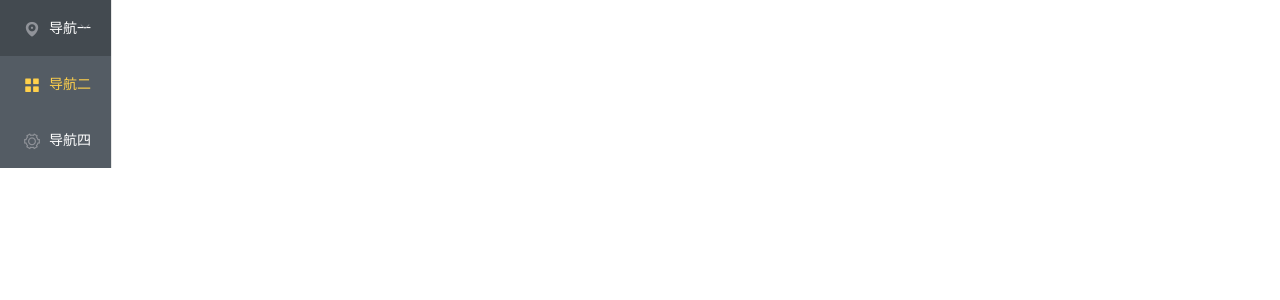
Repository: wujingwenwu/-vue-2.0
Page: /
An editor plug-in stored every save of this project. The page is shown before and after the next save, followed by the edit.
The browser window is 1280 px wide. The pictures show the whole page.
The project was rebuilt for these pictures with package versions that can differ from the ones it lists, and the page was loaded fresh each time. Also part of the build but not shown: src/views/Home.vue.

Above is the page before, as saved 2020-09-29 10:15:16.

### src/main.js
import Vue from "vue";
import App from "./App.vue";
import router from "./router";
import store from "./store";
import ElementUI from 'element-ui';
import 'element-ui/lib/theme-chalk/index.css';
Vue.config.productionTip = false;
Vue.use(ElementUI);
new Vue({
  router,
  store,
  render: h => h(App)
}).$mount("#app");

### src/App.vue
<template>
  <div id="app">

    <router-view />
  </div>
</template>

<style lang="scss">
@import "./style/demo";
*{
  margin: 0;
  padding: 0;
}
</style>

### src/router/index.js
import Vue from "vue";
import VueRouter from "vue-router";
import Home from "../views/Home.vue";
import Layout from "../views/layout/layout"
Vue.use(VueRouter);

const routes = [
  {
    path: "/home",
    name: "",
    component: Home
  },
  {
    path: "",
    component: Layout,
    children:[
      {
        path: "/home",
        name: "Home",
        component: Home
      },
    ]
  },
  {
    path: "/about",
    name: "About",
    component: () =>
      import("../views/About.vue")
  },
];

const router = new VueRouter({
  mode: "history",
  base: process.env.BASE_URL,
  routes
});

export default router;

### src/style/demo.scss
.d-f{
    display: flex;
    /* 弹性盒模型 */
}
.f-s-12{
    font-size: 12px;
    /* 字体大小为12px */
}
.f-s-14{
    font-size: 14px;
    /* 字体大小为14px */
}
.f-s-16{
    font-size: 16px;
    /* 字体大小为16px */
}
.f-w{
    font-weight: 700;
    /*字体 加粗 */
}
.f-c-ho{
    color: #f00;
    /* 红色 */
}
.f-c-hu{
    color: #ccc;
    /* 灰色 */
}
.f-c-b{
    color: #ffffff;
    /* 白色 */
}
.f-c-he{
    color: #000;
    /* 黑色 */
}
.t-a-l{
    text-align: left;
    /* 文本左对齐 */
}
.t-a-c{
    text-align: center;
    /* 文本居中 */
}
.t-a-r{
    text-align: right;
    /* 文本右对齐 */
}
.t-d-u{
    text-decoration: underline;
    /* 装饰在文本底部 */
}
.t-d-o{
    text-decoration: overline;
    /* 装饰在顶部 */
}
.t-d-l-t{
    text-decoration: line-through;
    /* 装饰在文本中间 */
}
.d-i{
    display: inline;
    /* 块级元素装换成行内元素 */
}
.d-i-b{
    display: inline-block;
    /* 块级元素装换成行内块元素 */
}
.d-b{
    display: block;
    /* 行内和行内块元素装换成块级元素 */
}
.d-n{
    display: none;
    /* 隐藏元素 */
}
.p-r{
    position: relative;
    /* 相对定位 */
}
.p-a{
    position: absolute;
    /* 绝对定位 */
}
.p-f{
    position: fixed;
    /* 固定定位 */
}
.b-r-50{
    border-radius: 50%;
    /* 圆角为50% */
}
.j-c-s-a{
    justify-content: space-around;
   /* 两边的子元素距离父元素的两边有间距，然后中间距离自动等分 */
}
.j-c-s-b{
    justify-content: space-between;
    /* 两边的子元素距离父元素没有间距，然后中间距离自动等分 */

}
.j-c-c{
    justify-content: center;
     /* 所有的子元素相当于父元素水平居中 */
}
.a-i-c{
    align-items: center;
    /* （竖轴排列方式）子元素相当于父元素垂直方向居中 */
}
.f-d-c{
    flex-direction: column;
    /* 弹性盒模型的竖项排列方式 */
}
*{
  margin: 0;
  padding: 0;
  /* 清除游览器的痕迹 */
}
.conter{
    display: flex;
    justify-content: center;
    /* 弹性盒模型，所有的文本在页面的中间 */
}
.warp{
   width: 1280px;
   /* 宽度为1280px，基本上不会超过1400px */
}
.o-h{
    overflow: hidden;
    /* 超出部分隐藏 */
}
.w-o-t{
    white-space: nowrap;
    overflow: hidden;
    text-overflow: ellipsis;
    /* 超出部分隐藏（只限字体） */
}
.d-n{
    display: none;
    /* 不占位置 */
}
.v-h{
    visibility: hidden;
    /* 占位置 */
}
.f-w-w{
    flex-wrap: wrap;
    /* 换行 */
}
.w-s-n{
    white-space: nowrap;
    /* 内容不换行 */
}
.m-t-20{
    margin-top: 20px;
    /* 向下20 */
}
.m-l-20{
    margin-left: 20px;

}
.m-t-10{
    margin-top: 10px;
}
.m-l-10{
    margin-left: 10px;
}
.b-c-hong{
    background-color: red;
}
.b-c-hei{
    background-color: black;
}
.b-c-bai{
    background-color: #ffffff;
}
.b-c-hui{
    background-color: #ccc;
}
.b-1-s-hong{
    border: 1px solid red;
}
.b-1-d-hong{
    border: 1px dashed red;
}
.b-1-s-bai{
    border: 1px solid #ffffff;
}
.b-1-d-bai{
    border: 1px dashed #ffffff;
}
.b-1-s-hei{
    border: 1px solid black;
}
.b-1-d-hei{
    border: 1px dashed black;
}
.b-1-s-hui{
    border: 1px solid #ccc;
}
.b-1-d-hui{
    border: 1px dashed #ccc;
}
.b-l-n{
    border-left: none;
    /* 左边框隐藏 */
}
.b-t-n{
    border-top: none;
}
.b-r-n{
    border-right: none;
}
.b-b-n{
    border-bottom: none;
}
.m-t-15{
    margin-top: 15px;
}
.m-t-30{
    margin-top: 30px;
}
.m-t-5{
    margin-top: 5px;
}
.b-none{
    border: none;
}
.f-s-18{
    font-size: 18px;
}
.m-l--10{
    margin-left: -10px;
}
.m-l-40{
    margin-left: 40px;
}
.o-n{
    outline: none;
    /* 隐藏边框 */
}

### src/views/layout/layout.vue
<template>
 <div>
  <div class="d-f">
      <el-menu
      default-active="2"
      class="el-menu-vertical-demo"
      @open="handleOpen"
      @close="handleClose"
      background-color="#545c64"
      text-color="#fff"
      active-text-color="#ffd04b">
      <el-submenu index="1">
        <template slot="title">
          <i class="el-icon-location"></i>
          <span>导航一</span>
        </template>
        <el-menu-item-group>
          <template slot="title">分组一</template>
          <el-menu-item index="1-1">选项1</el-menu-item>
          <el-menu-item index="1-2">选项2</el-menu-item>
        </el-menu-item-group>
        <el-menu-item-group title="分组2">
          <el-menu-item index="1-3">选项3</el-menu-item>
        </el-menu-item-group>
        <el-submenu index="1-4">
          <template slot="title">选项4</template>
          <el-menu-item index="1-4-1">选项1</el-menu-item>
        </el-submenu>
      </el-submenu>
      <el-menu-item index="2">
        <i class="el-icon-menu"></i>
        <span slot="title">导航二</span>
      </el-menu-item>
      <el-menu-item index="4">
        <i class="el-icon-setting"></i>
        <span slot="title">导航四</span>
      </el-menu-item>
    </el-menu>
    <router-view></router-view>
  </div>
 </div>
</template>

<script>
 export default {
   data () {
     return {
       arr:[
        {icon:"el-icon-s-home",name:"首页",path:'/'},
        {icon:"el-icon-lock",name:"首页",path:'/'},

       ]
     }
   },
   components: {

   },
   methods: {

   },
   mounted() {

   },
   watch: {

   },
   computed: {

   }
 }
</script>

<style scoped lang='scss'>

</style>

Loaded but not shown: public/index.html (common file); src/store/index.js (common file)

After the next save:
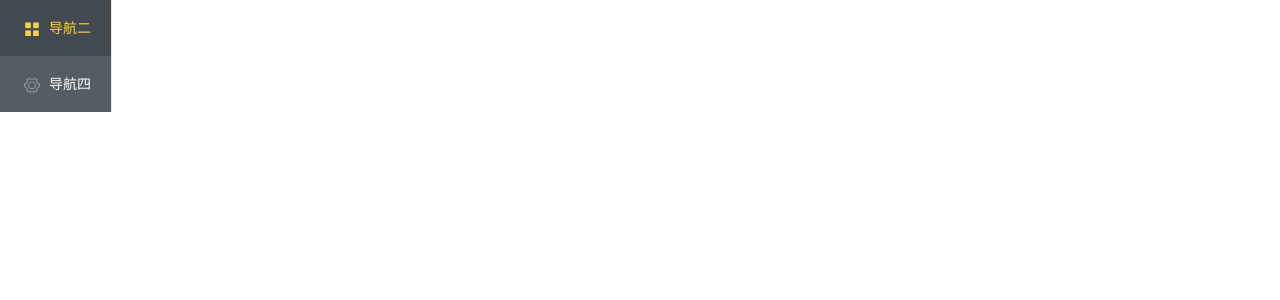
Saved 56 s later.
--- a/src/views/layout/layout.vue
+++ b/src/views/layout/layout.vue
@@ -9,24 +9,6 @@
       background-color="#545c64"
       text-color="#fff"
       active-text-color="#ffd04b">
-      <el-submenu index="1">
-        <template slot="title">
-          <i class="el-icon-location"></i>
-          <span>导航一</span>
-        </template>
-        <el-menu-item-group>
-          <template slot="title">分组一</template>
-          <el-menu-item index="1-1">选项1</el-menu-item>
-          <el-menu-item index="1-2">选项2</el-menu-item>
-        </el-menu-item-group>
-        <el-menu-item-group title="分组2">
-          <el-menu-item index="1-3">选项3</el-menu-item>
-        </el-menu-item-group>
-        <el-submenu index="1-4">
-          <template slot="title">选项4</template>
-          <el-menu-item index="1-4-1">选项1</el-menu-item>
-        </el-submenu>
-      </el-submenu>
       <el-menu-item index="2">
         <i class="el-icon-menu"></i>
         <span slot="title">导航二</span>
